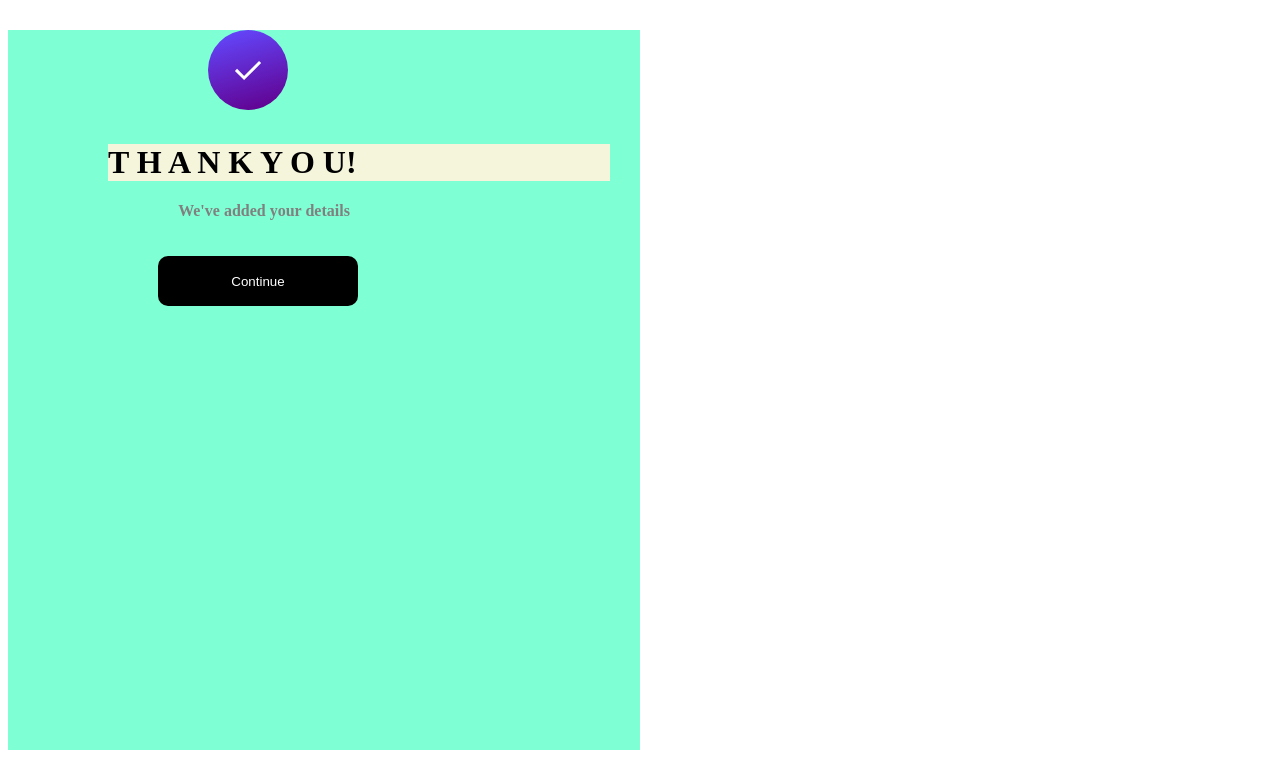
Repository: Abhi2359/frontendchallenge-1
Page: /
These files come from the project's save history. The page is drawn as it stood at one moment and after the next save; the edit follows.
The browser window is 1280 px wide. The pictures show the whole page.
The project was rebuilt for these pictures with package versions that can differ from the ones it lists, and the page was loaded fresh each time. Also part of the build but not shown: src/components/Cards/Card1.css, src/components/Cards/Card1.js, src/components/Cards/Card2.css, src/components/Cards/Card2.js, src/components/Layout/Layout.js.

Above is the page before, as saved 2023-02-15 17:36:57.

After the next save:
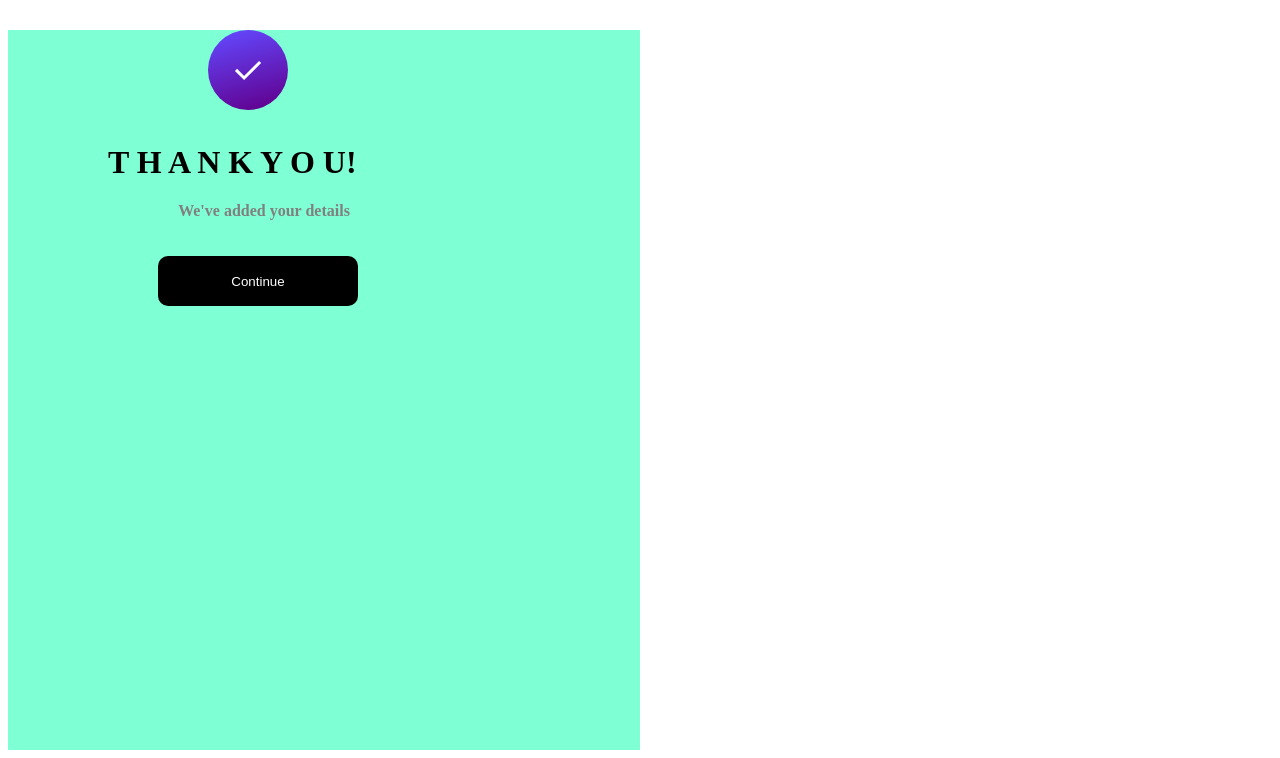
Saved 11 s later.
--- a/src/components/Add/Compelete.css
+++ b/src/components/Add/Compelete.css
@@ -6,7 +6,7 @@
 }
 .Complete h1{
     margin-right: 30px;
-    background-color: beige;
+
 }
 .icon{
    margin: 30px;
